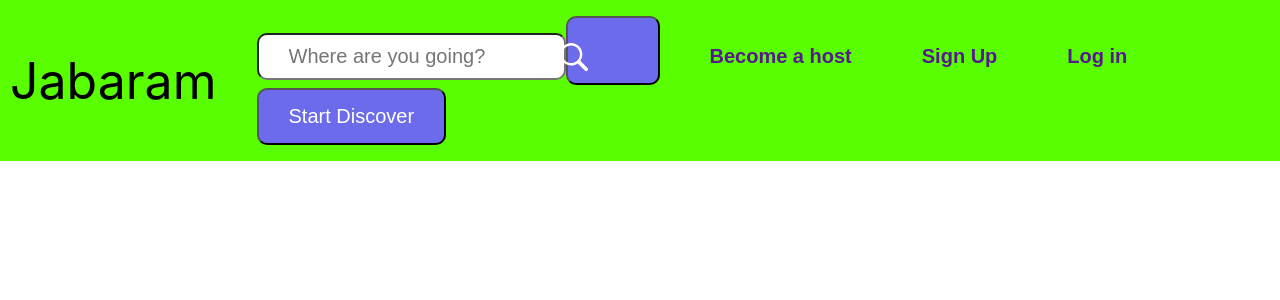
Repository: manahiang/Jabaram-web
Page: / (app in src/)
The author's editor kept a copy of each file at every save. The page is drawn from the files as they stood at one save, then again after a run of saves.
The browser window is 1280 px wide. The pictures show the whole page.
The project was rebuilt for these pictures with package versions that can differ from the ones it lists, and the page was loaded fresh each time. Also part of the build but not shown: src/src/App.css.

Above is the page before, as saved 2022-11-30 10:05:44.

### src/src/index.css
body {
  margin: 0;
  padding: 0;
  font-family: -apple-system, BlinkMacSystemFont, 'Segoe UI', 'Roboto', 'Oxygen',
    'Ubuntu', 'Cantarell', 'Fira Sans', 'Droid Sans', 'Helvetica Neue',
    sans-serif;
  -webkit-font-smoothing: antialiased;
  -moz-osx-font-smoothing: grayscale;
}

code {
  font-family: source-code-pro, Menlo, Monaco, Consolas, 'Courier New',
    monospace;
}
.container{
  width: 100%;
  height: auto;
  background-color: rgb(227, 212, 194);
}
.header{
  max-width: 1780px;
  height: auto;
  background-color: rgb(89, 255, 0);
  margin: auto;
  display: flex;
  align-items: center;
  justify-content:space-between
}
.header ul li{
  display: inline-block;
  padding: 20px;
  margin-left: 20px;
  transition: all 0.5s;
}
.header ul li a{
  text-decoration: none;
  font-size: 20px;
  font-family:Arial, Helvetica, sans-serif;
  font-weight: 800;
 transition: all 0.5s;
 margin-left: 10px;
}
.header ul li:hover {
  color: rgb(41, 34, 34);
  background-color: rgb(195, 173, 173);
  border-radius: 10px;
}
.menu input{
  padding: 10px;
  outline: none;
  border-radius: 10px;
  padding-left: 30px;
  font-size: 20px;
}
.menu ul   button{
  font-size: 20px;
  background-color: rgb(107, 107, 235);
  color: white;
  padding: 15px;
  padding-left: 30px;
  padding-right: 30px;
  border-radius: 10px;
  outline: none;
  cursor: pointer;
}
.icon-search-Go{
  transform: translate(-40px,10px);
  transition: all 0.6s;
  font-size: 30px;
}
.icon-search-Go:hover{
  cursor: pointer;
  color: rgb(52, 49, 49);
}
/* Logo */

.logo{
  margin-left: 10px;
  font-size: 50px;
  cursor: pointer;
}

### src/src/App.js

import './App.css';
import'./index.css';
import Header from './header';

function App() {
  return (
    <>
    <Header/>
    </>
  );
}

export default App;

### src/src/header.js
import React from 'react'
import { GoSearch } from "react-icons/go";

function Header() {
    return (
        <div className='container'>
            <div className='header'>
                <div className='logo'>Jabaram</div>
                <div className='menu'>
                    <ul>
                        <input placeholder='Where are you going?' />
                        <button><GoSearch className='icon-search-Go'/></button>
                        <li><a href=''>Become a host</a></li>
                        <li><a href=''>Sign Up</a></li>
                        <li><a href=''>Log in</a></li>
                        <button>Start Discover</button>
                    </ul>
                </div>
            </div>
        </div>
    )
}

export default Header

Loaded but not shown: src/public/index.html (common file); src/src/index.js (common file); src/src/reportWebVitals.js (common file)

After the next 3 saves:
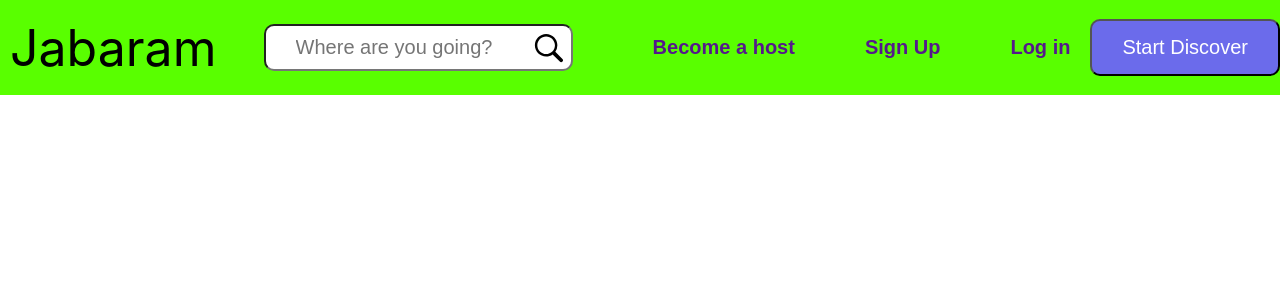
The 3 saves are shown as one change because they came seconds apart.
The last was saved 12 s later.
--- a/src/src/header.js
+++ b/src/src/header.js
@@ -9,7 +9,7 @@ function Header() {
                 <div className='menu'>
                     <ul>
                         <input placeholder='Where are you going?' />
-                        <button><GoSearch className='icon-search-Go'/></button>
+                        <GoSearch className='icon-search-Go'/>
                         <li><a href=''>Become a host</a></li>
                         <li><a href=''>Sign Up</a></li>
                         <li><a href=''>Log in</a></li>
